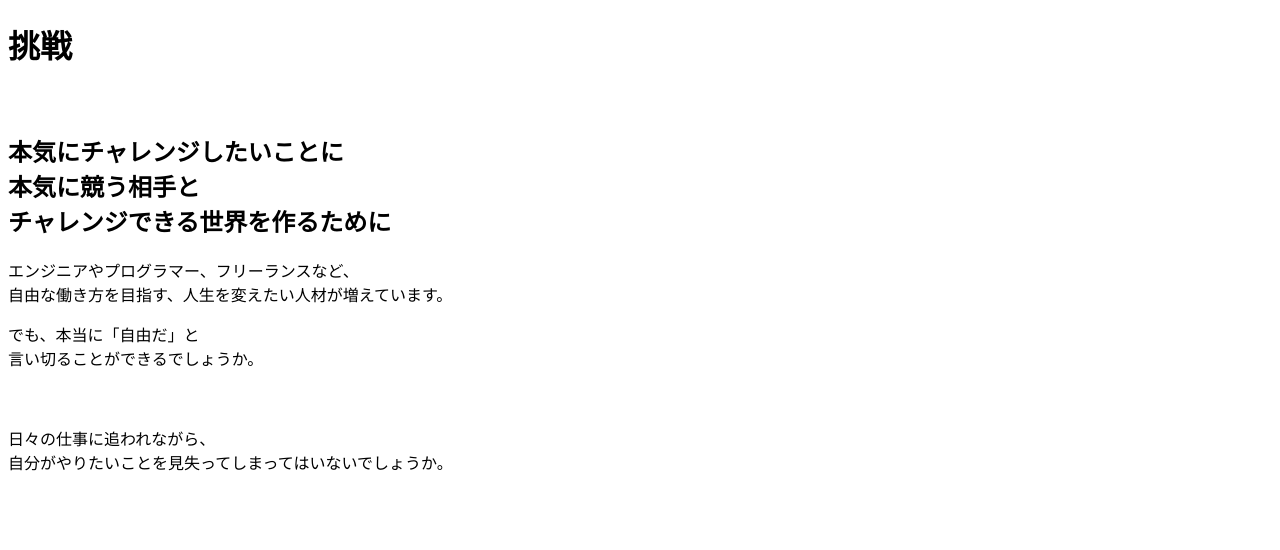
Repository: 9136424556/todo01
Page: coachtech/html-css/indexNO.2 .html
An editor plug-in stored every save of this project. The page is shown before and after the next save, followed by the edit.
The browser window is 1280 px wide. The pictures show the whole page.

Above is the page before, as saved 2023-11-20 03:06:57.

After the next save:
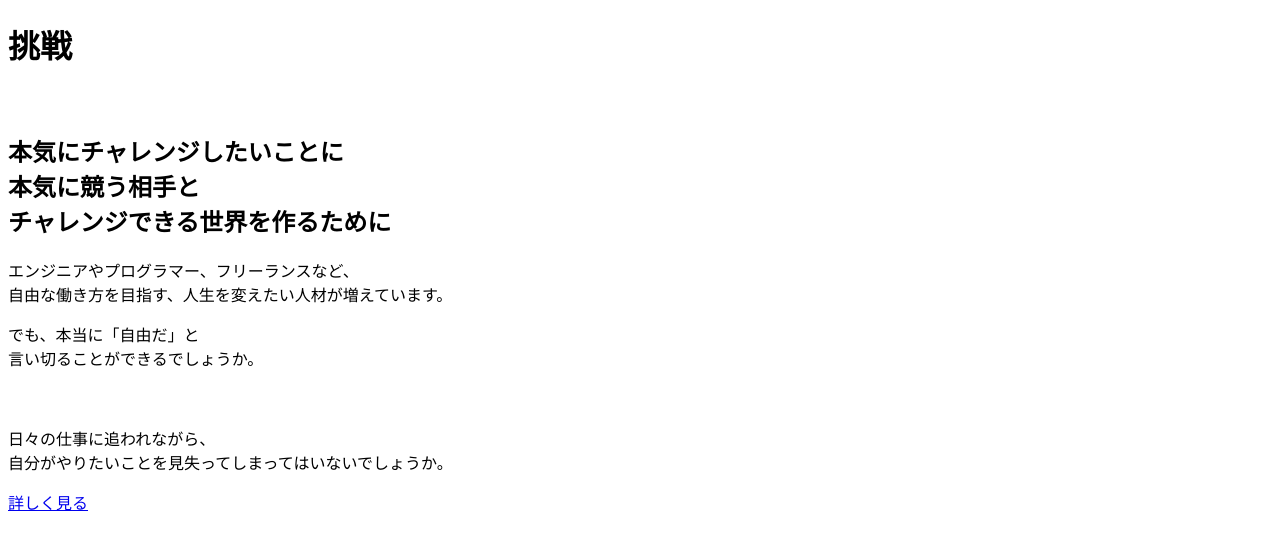
Saved 4 min 32 s later.
--- a/coachtech/html-css/indexNO.2 .html
+++ b/coachtech/html-css/indexNO.2 .html
@@ -18,6 +18,6 @@
     日々の仕事に追われながら、<br />自分がやりたいことを見失ってしまってはいないでしょうか。
 　　</p>
 
-    <a href="detail.html>"詳しく見る</a>
+    <a href="detail.html">詳しく見る</a>
  </body>
 </html>
